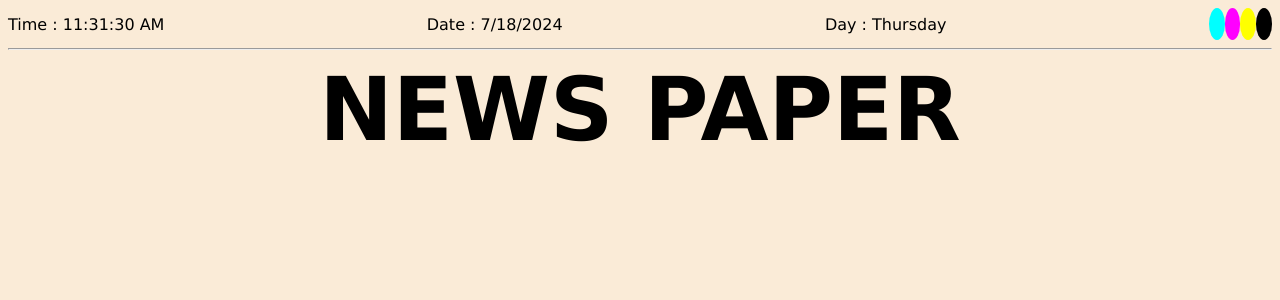
Repository: FARMAN9/new_paper
Page: /
An editor plug-in stored every save of this project. The page is shown before and after a run of saves, followed by the edit.
The browser window is 1280 px wide. The pictures show the whole page.
The project was rebuilt for these pictures with package versions that can differ from the ones it lists, and the page was loaded fresh each time. Also part of the build but not shown: vite.config.js.

Above is the page before, as saved 2024-07-27 23:39:21.

### index.html
<!DOCTYPE html>
<html lang="en">
  <head>
    <meta charset="UTF-8" />
    <link rel="icon" type="image/svg+xml" href="/vite.svg" />
    <meta name="viewport" content="width=device-width, initial-scale=1.0" />
    <title>NEWS PAPER</title>
  </head>
  <body>
    <div id="root"></div>
    <script type="module" src="/src/main.jsx"></script>
  </body>
</html>

### src/App.jsx
import { useState } from "react";
import reactLogo from "./assets/react.svg";
import viteLogo from "/vite.svg";
import "./App.css";
import Header from "./components/Header";

function App() {
  const [count, setCount] = useState(0);

  return (
    <>
      <Header></Header>
    </>
  );
}

export default App;

### src/index.css
* {
  font-family: "Lucida Sans", "Lucida Sans Regular", "Lucida Grande",
    "Lucida Sans Unicode", Geneva, Verdana, sans-serif;
}
body {
  background-color: antiquewhite;
}

### src/App.css
.mytest {
  display: flex;
  justify-content: space-between;
  align-items: center;
  height: 2rem;
  width: 100%;
}
.cmyk {
  display: flex;
  justify-content: center;
  align-items: center;
  height: inherit;
  width: 5%;
}
.cyan {
  background-color: cyan;
  color: white;
  height: inherit;
  width: 25%;
  border-radius: 50%;
}
.magenta {
  background-color: magenta;
  color: white;
  height: inherit;
  width: 25%;
  border-radius: 50%;
}
.yellow {
  background-color: yellow;
  color: black;
  height: inherit;
  width: 25%;
  border-radius: 50%;
}
.black {
  background-color: black;
  color: white;
  height: inherit;
  width: 25%;
  border-radius: 50%;
}
h1 {
  margin: 0;
  padding: 0;
  font-size: 5.5rem;
  text-align: center;
}
.blackstrip-top {
  background-color: black;
  color: antiquewhite;
  height: 10%;
  width: 100%;
}

### src/components/Header.jsx
import React, { useState, useEffect } from "react";

function Header() {
  var [date, setDate] = useState(new Date());
  const news = ["all", "next"];

  useEffect(() => {
    var timer = setInterval(() => setDate(new Date()), 1000);
    return function cleanup() {
      clearInterval(timer);
    };
  });
  return (
    <nav className="">
      <div className="mytest">
        <p> Time : {date.toLocaleTimeString()}</p>
        <p> Date : {date.toLocaleDateString()}</p>
        <p> Day : {date.toLocaleDateString("en-US", { weekday: "long" })}</p>
        <div className="cmyk">
          <div className="cyan"></div>
          <div className="magenta"></div>
          <div className="yellow"></div>
          <div className="black"></div>
        </div>
      </div>
      <hr />
      <h1>NEWS PAPER</h1>
      <p className="blackstrip-top">{}</p>
    </nav>
  );
}

export default Header;

Loaded but not shown: src/main.jsx (common file)

After the next 21 saves:
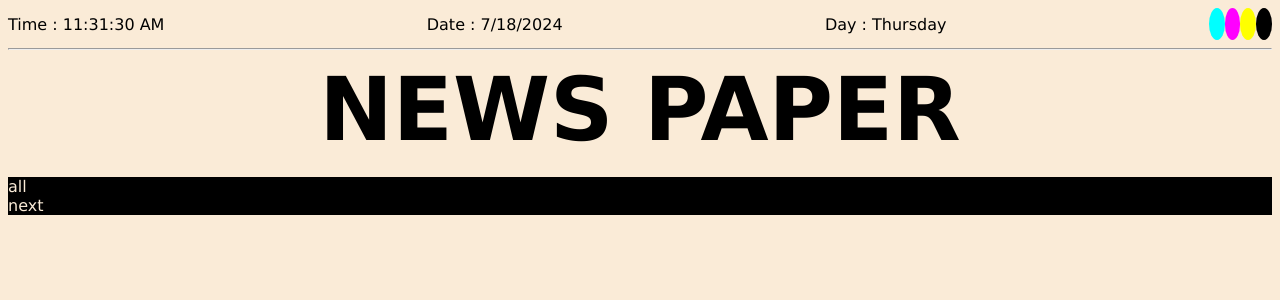
The 21 saves are shown as one change because 2 did not build or start and some came seconds apart.
The last was saved 95 s later.
--- a/src/components/Header.jsx
+++ b/src/components/Header.jsx
@@ -25,7 +25,11 @@ function Header() {
       </div>
       <hr />
       <h1>NEWS PAPER</h1>
-      <p className="blackstrip-top">{}</p>
+      <p className="blackstrip-top">
+        {news.map((item, index) => (
+          <div key={index}>{item}</div>
+        ))}
+      </p>
     </nav>
   );
 }
